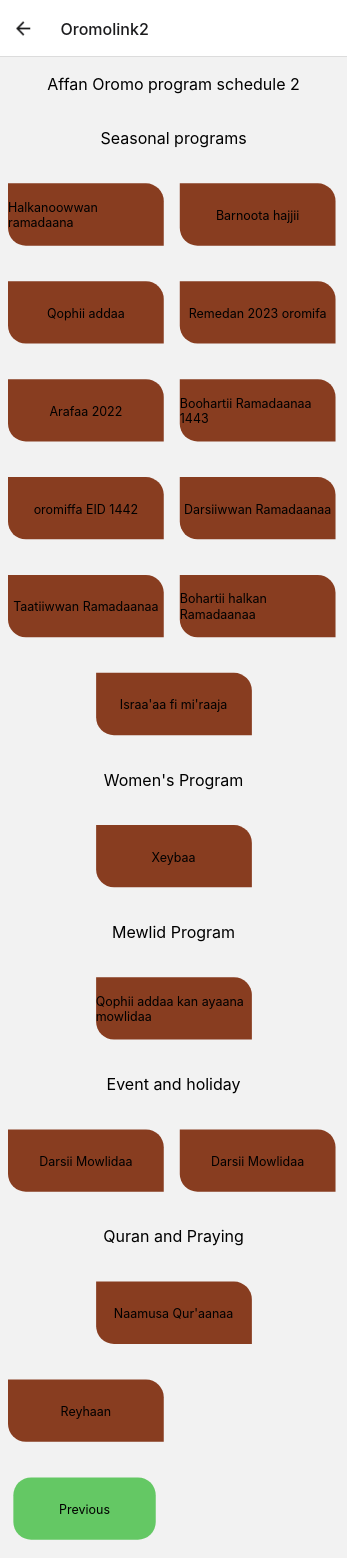
Repository: abdurehmanali611/Assunah_TV
Screen: /Oromolink2
An editor plug-in stored every save of this project. The screen is shown before and after a run of saves, followed by the edit.
The pictures are shown at 89% of full size.
The app was drawn by React Native's web renderer in a window 390 px wide. The project was rebuilt for these pictures with package versions that can differ from the ones it lists, and the page was loaded fresh each time. Also part of the build but not shown: Components/Login.js, Components/SignUp.js, Constants/Home.js, Constants/AboutUs.js, Constants/Contacts.js, Constants/AssunahFolder.js, Constants/AssunahKids.js, Constants/AdditionalExtra.js and 28 more.

Above is the screen before, as saved 2023-12-25 11:45:04.

### App.js
import { createStackNavigator } from "@react-navigation/stack";
import { NavigationContainer } from "@react-navigation/native";

import Login from "./Components/Login";
import SignUp from "./Components/SignUp";
import Home from "./Constants/Home";
import AboutUs from "./Constants/AboutUs";
import Contacts from "./Constants/Contacts";
import AssunahFolder from "./Constants/AssunahFolder";
import AssunahKids from "./Constants/AssunahKids";
import AdditionalExtra from "./Constants/AdditionalExtra";
import Qiratcenter from "./Constants/Qiratcenter";
import AmharicPrograms from './Programs/AmharicPrograms'
import ArabicPrograms from './Programs/ArabicPrograms'
import AffanOromo from './Programs/AffanOromo'
import Afar from './Programs/Afar'
import Ethio_Somali from './Programs/Ethio_Somali'
import Gumuz from './Programs/Gumuz'
import Hadere from './Programs/Hadere'
import Halaba from './Programs/Halaba'
import Tigrigna from './Programs/Tigrigna'
import LoginQirat from "./Assunah_Qirat_Center/LoginQirat";
import LoginQirat2 from "./Assunah_Qirat_Center/LoginQirat2";
import Logged from "./Assunah_Qirat_Center/Logged";
import Afarlink from "./Program_Links/Afarlink";
import AffanOromolink from "./Program_Links/AffanOromolink";
import Amhariclink from "./Program_Links/Amhariclink";
import Arabiclink from "./Program_Links/Arabiclink";
import EthioSomalilink from "./Program_Links/EthioSomalilink";
import Gumuzlink from "./Program_Links/Gumuzlink";
import Haderelink from "./Program_Links/Haderelink";
import Halabalink from "./Program_Links/Halabalink";
import Tigraylink from "./Program_Links/Tigraylink";
import Support from "./Additional/Support";
import Help from "./Additional/Help";
import Rate from "./Additional/Rate";
import Amhariclink_2 from "./Program_Links/Amhariclink_2";
import Amhariclink_3 from "./Program_Links/Amhariclink_3";
import Amhariclink_4 from "./Program_Links/Amhariclink_4";
import Amhariclink_5 from "./Program_Links/Amhariclink_5";
import AffanOromolink_2 from "./Program_Links/AffanOromolink_2";

const stack = createStackNavigator();

const App = () => {

  return (
    <NavigationContainer>
      <stack.Navigator initialRouteName="Arabiclink" >
         <stack.Screen name="Log" component={Login}/>
         <stack.Screen name="Sign" component={SignUp}/>
         <stack.Screen name="Home" component={Home}/>
         <stack.Screen name="Qirat" component={Qiratcenter}/>
         <stack.Screen name="About" component={AboutUs}/>
         <stack.Screen name="Contact" component={Contacts}/>
         <stack.Screen name="Assunah" component={AssunahFolder}/>
         <stack.Screen name="Kids" component={AssunahKids}/>
         <stack.Screen name="Extra" component={AdditionalExtra}/>
         <stack.Screen name="Amharic" component={AmharicPrograms}/>
         <stack.Screen name="Arabic" component={ArabicPrograms}/>
         <stack.Screen name="Oromo" component={AffanOromo}/>
         <stack.Screen name="Afar" component={Afar}/>
         <stack.Screen name="Somali" component={Ethio_Somali}/>
         <stack.Screen name="Gumuz" component={Gumuz}/>
         <stack.Screen name="Hadere" component={Hadere}/>
         <stack.Screen name="Halaba" component={Halaba}/>
         <stack.Screen name="Tigray" component={Tigrigna}/>
         <stack.Screen name="Login" component={LoginQirat}/>
         <stack.Screen name="Login2" component={LoginQirat2}/>
         <stack.Screen name="Logged" component={Logged}/>
         <stack.Screen name="Afarlink" component={Afarlink}/>
         <stack.Screen name="Oromolink" component={AffanOromolink}/>
         <stack.Screen name="Oromolink2" component={AffanOromolink_2}/>
         <stack.Screen name="Amhariclink" component={Amhariclink}/>
         <stack.Screen name="Amhariclink2" component={Amhariclink_2}/>
         <stack.Screen name="Amhariclink3" component={Amhariclink_3}/>
         <stack.Screen name="Amhariclink4" component={Amhariclink_4}/>
         <stack.Screen name="Amhariclink5" component={Amhariclink_5}/>
         <stack.Screen name="Arabiclink" component={Arabiclink}/>
         <stack.Screen name="EthioSomalilink" component={EthioSomalilink}/>
         <stack.Screen name="Gumuzlink" component={Gumuzlink}/>
         <stack.Screen name="Haderelink" component={Haderelink}/>
         <stack.Screen name="Halabalink" component={Halabalink}/>
         <stack.Screen name="Tigraylink" component={Tigraylink}/>
         <stack.Screen name="support" component={Support}/>
         <stack.Screen name="help" component={Help}/>
         <stack.Screen name="rate" component={Rate}/>
      </stack.Navigator>
    </NavigationContainer>

  )
};

export default App;

### Program_Links/Arabiclink.js
import React from "react";
import { Linking, TouchableOpacity } from "react-native";
import { StyleSheet } from "react-native";
import { Text } from "react-native";
import { ScrollView } from "react-native";
import { View } from "react-native";

const Arabiclink = ({navigation}) => {

    return <ScrollView>
        <View>
            <Text style = {{fontSize: 19, textAlign: 'center', marginVertical: 20}}>Arabic program schedules</Text>
            <View>
                <Text style = {{fontSize: 19, textAlign: 'center', marginVertical: 20}}>Education</Text>
                <View style = {{display: 'flex', flexDirection: 'row'}}>
                    <TouchableOpacity
                    onPress={() => Linking.openURL('https://www.youtube.com/watch?v=wwrE4c35KCw&list=PLZaq281_mc41jHGAS6xVizSDBtxUEex4w&pp=iAQB')}
                    style = {styles.arabictouch}
                    >
                        <Text>nefaisul muhadera</Text>
                    </TouchableOpacity>
                    <TouchableOpacity
                    onPress={() => Linking.openURL('https://www.youtube.com/watch?v=B_a8F6-2AlI&list=PLZaq281_mc40Sw8Axrq3sesMrpl56hku8&pp=iAQB')}
                    style = {styles.arabictouch}
                    >
                        <Text>idahul meram</Text>
                    </TouchableOpacity>
                </View>
                <View style = {{display: 'flex', flexDirection: 'row'}}>
                    <TouchableOpacity
                    onPress={() => Linking.openURL('https://www.youtube.com/watch?v=GRt5Um3qquw&list=PLZaq281_mc42bRinnXHXSk_bedyyT9PK3&pp=iAQB')}
                    style = {styles.arabictouch}
                    >
                        <Text>al arbeune annewewiyah</Text>
                    </TouchableOpacity>
                    <TouchableOpacity
                    onPress={() => Linking.openURL('https://www.youtube.com/watch?v=FXLMJof53DY&list=PLZaq281_mc43y3T7NP9Q2dZYDFX58Yf-v&pp=iAQB')}
                    style = {styles.arabictouch}
                    >
                        <Text>al burhanul muayed</Text>
                    </TouchableOpacity>
                </View>
                <View style = {{alignItems: 'center'}}>
                    <TouchableOpacity
                    onPress={() => Linking.openURL('https://www.youtube.com/watch?v=YJot9l6jVXo&list=PLZaq281_mc41dQzAuywvX016Tb7Vmct2k&pp=iAQB')}
                    style = {styles.arabictouch}
                    >
                        <Text>nuzhatu attalibin</Text>
                    </TouchableOpacity>
                </View>
            </View>
            <View>
                <Text style = {{fontSize: 19, textAlign: 'center', marginVertical: 20}}>Timely Educations</Text>
                <View style = {{display: 'flex', flexDirection: 'row'}}>
                    <TouchableOpacity
                    onPress={() => Linking.openURL('https://www.youtube.com/watch?v=1FA6FvTgz3A&list=PLZaq281_mc42sotOmsQvvGi46o7zL-WkX&pp=iAQB')}
                    style = {styles.arabictouch}
                    >
                        <Text>nefehatul imaniyah</Text>
                    </TouchableOpacity>
                    <TouchableOpacity
                    onPress={() => Linking.openURL('https://www.youtube.com/watch?v=EEj6cACcXCU&list=PLZaq281_mc40kkMJb5N6C5Ie-rccAqn83&pp=iAQB')}
                    style = {styles.arabictouch}
                    >
                        <Text>Durus we muhaderat</Text>
                    </TouchableOpacity>
                </View>
                <View style = {{alignItems: 'center'}}>
                    <TouchableOpacity
                    onPress={() => Linking.openURL('https://www.youtube.com/watch?v=LcLmztuP1bM&list=PLZaq281_mc425D55WMKcv7PnXeKzDfSMY&pp=iAQB')}
                    style = {styles.arabictouch}
                    >
                        <Text>sheikh walid assemamiah</Text>
                    </TouchableOpacity>
                </View>
            </View>
            <View style = {{display: 'flex'}}>
                    <TouchableOpacity
                    onPress={() => navigation.navigate('Arabic')}
                    style = {styles.arabicnext}
                    >
                        <Text>Previous</Text>
                    </TouchableOpacity>
                </View>
        </View>
    </ScrollView>

}

const randomRGB = () => {

    const red = Math.floor(Math.random() * 256)
    const green = Math.floor(Math.random() * 256)
    const blue = Math.floor(Math.random() * 256)

    return `rgb(${red},${green},${blue})`
}

const styles = StyleSheet.create ({
    arabictouch: {
        marginVertical: 20,
        backgroundColor: randomRGB(),
        width: 175,
        height: 70,
        alignItems: 'center',
        justifyContent: 'center',
        borderTopRightRadius: 30,
        borderBottomLeftRadius: 30,
        marginHorizontal: 8
    },
    arabicnext: {
        marginVertical: 20,
        backgroundColor: `rgb(250,100,100)`,
        width: 175,
        height: 70,
        alignItems: 'center',
        justifyContent: 'center',
        borderTopLeftRadius: 30,
        borderBottomLeftRadius: 30,
        marginHorizontal: 15
    }
})
export default Arabiclink

### Program_Links/AffanOromolink_2.js
import React from "react";
import { Linking, TouchableOpacity } from "react-native";
import { StyleSheet } from "react-native";
import { Text } from "react-native";
import { View } from "react-native";
import { ScrollView } from "react-native";

const AffanOromolink_2 = ({navigation}) => {

    return <ScrollView>
        <View>
        <Text style = {{fontSize: 18, textAlign: 'center', marginVertical: 20}}>Affan Oromo program schedule 2</Text>
            <View>
                <Text style = {{fontSize: 18, textAlign: 'center', marginVertical: 20}}>Seasonal programs</Text>
                <View style = {{display: 'flex', flexDirection: 'row'}}>
                     <TouchableOpacity
                     style = {styles.seasontouch}
                     onPress={() => Linking.openURL('https://www.youtube.com/watch?v=CB2NhV5s1O8&list=PLZaq281_mc42UNgJMpXBTszlYPfxX1o8w&pp=iAQB')}
                     >
                        <Text>Halkanoowwan ramadaana</Text>
                     </TouchableOpacity>
                     <TouchableOpacity
                     style = {styles.seasontouch}
                     onPress={() => Linking.openURL('https://www.youtube.com/watch?v=3lIRjhdCKY8&list=PLZaq281_mc40q4ZP95ol8zbriSoW5UMF-&pp=iAQB')}
                     >
                        <Text>Barnoota hajjii</Text>
                     </TouchableOpacity>
                </View>
                <View style = {{display: 'flex', flexDirection: 'row'}}>
                     <TouchableOpacity
                     style = {styles.seasontouch}
                     onPress={() => Linking.openURL('https://www.youtube.com/watch?v=2Kzc9J1Vzj0&list=PLZaq281_mc413B5zTOTqItqii-_MhZgp2&pp=iAQB')}
                     >
                        <Text>Qophii addaa</Text>
                     </TouchableOpacity>
                     <TouchableOpacity
                     style = {styles.seasontouch}
                     onPress={() => Linking.openURL('https://www.youtube.com/watch?v=x9PVoxC-uyw&list=PLZaq281_mc43zXUr7e0WDtw0jkxe7PMrt&pp=iAQB')}
                     >
                        <Text>Remedan 2023 oromifa</Text>
                     </TouchableOpacity>
                </View>
                <View style = {{display: 'flex', flexDirection: 'row'}}>
                     <TouchableOpacity
                     style = {styles.seasontouch}
                     onPress={() => Linking.openURL('https://www.youtube.com/watch?v=jNuQGte7IHU&list=PLZaq281_mc423tBq1rqGx_ku67GH53KkP&pp=iAQB')}
                     >
                        <Text>Arafaa 2022</Text>
                     </TouchableOpacity>
                     <TouchableOpacity
                     style = {styles.seasontouch}
                     onPress={() => Linking.openURL('https://www.youtube.com/watch?v=m2XTZAh96R4&list=PLZaq281_mc43A0ZA77fRur7RzzZdf_wEM&pp=iAQB')}
                     >
                        <Text>Boohartii Ramadaanaa 1443</Text>
                     </TouchableOpacity>
                </View>
                <View style = {{display: 'flex', flexDirection: 'row'}}>
                     <TouchableOpacity
                     style = {styles.seasontouch}
                     onPress={() => Linking.openURL('https://www.youtube.com/watch?v=w774mcw7IIY&list=PLZaq281_mc42it_yaJsndZTqgNC_b1mD9&pp=iAQB')}
                     >
                        <Text>oromiffa EID 1442</Text>
                     </TouchableOpacity>
                     <TouchableOpacity
                     style = {styles.seasontouch}
                     onPress={() => Linking.openURL('https://www.youtube.com/watch?v=qlilOl6D2yY&list=PLZaq281_mc41CV0U1h8Wd0uiJsWRnwsKR&pp=iAQB')}
                     >
                        <Text>Darsiiwwan Ramadaanaa</Text>
                     </TouchableOpacity>
                </View>
                <View style = {{display: 'flex', flexDirection: 'row'}}>
                     <TouchableOpacity
                     style = {styles.seasontouch}
                     onPress={() => Linking.openURL('https://www.youtube.com/watch?v=pyEBaljlIMQ&list=PLZaq281_mc42OxdBiN5k6v5_ieSfPPLW5&pp=iAQB')}
                     >
                        <Text>Taatiiwwan Ramadaanaa</Text>
                     </TouchableOpacity>
                     <TouchableOpacity
                     style = {styles.seasontouch}
                     onPress={() => Linking.openURL('https://www.youtube.com/watch?v=0prVpslPWRY&list=PLZaq281_mc41Z5-FFovVbKAdS6WPPaUge&pp=iAQB')}
                     >
                        <Text>Bohartii halkan Ramadaanaa</Text>
                     </TouchableOpacity>
                </View>
                <View style = {{alignItems: 'center'}}>
                     <TouchableOpacity
                     style = {styles.seasontouch}
                     onPress={() => Linking.openURL('https://www.youtube.com/watch?v=Oxru4nqPMVg&list=PLZaq281_mc43cbUBEj22-crK1WqDSBd_c&pp=iAQB')}
                     >
                        <Text>Israa'aa fi mi'raaja</Text>
                     </TouchableOpacity>
                </View>
            </View>
            <View>
                <Text style = {{fontSize: 18, textAlign: 'center', marginVertical: 20}}>Women's Program</Text>
                <View style = {{alignItems: 'center'}}>
                     <TouchableOpacity
                     style = {styles.seasontouch}
                     onPress={() => Linking.openURL('https://www.youtube.com/watch?v=U7mReWDj0Y4&list=PLZaq281_mc41-VAtWGdenRno53-xrRTEX&pp=iAQB')}
                     >
                        <Text>Xeybaa</Text>
                     </TouchableOpacity>
                </View>
            </View>
            <View>
                <Text style = {{fontSize: 18, textAlign: 'center', marginVertical: 20}}>Mewlid Program</Text>
                <View style = {{alignItems: 'center'}}>
                     <TouchableOpacity
                     style = {styles.seasontouch}
                     onPress={() => Linking.openURL('https://www.youtube.com/watch?v=cj25t80UjYo&list=PLZaq281_mc41ZmqMAfk5R1rWj7qUcg6PZ&pp=iAQB')}
                     >
                        <Text>Qophii addaa kan ayaana mowlidaa</Text>
                     </TouchableOpacity>
                </View>
            </View>
            <View>
                <Text style = {{fontSize: 18, textAlign: 'center', marginVertical: 20}}>Event and holiday</Text>
                <View style = {{display: 'flex', flexDirection: 'row'}}>
                     <TouchableOpacity
                     style = {styles.seasontouch}
                     onPress={() => Linking.openURL('https://www.youtube.com/watch?v=Fn7xnSQmpdw&list=PLZaq281_mc42rZVq7mTLb0UchSPgydtEH&pp=iAQB')}
                     >
                        <Text>Darsii Mowlidaa</Text>
                     </TouchableOpacity>
                     <TouchableOpacity
                     style = {styles.seasontouch}
                     onPress={() => Linking.openURL('https://www.youtube.com/watch?v=JGYiuu8bTdM&list=PLZaq281_mc413h2bCzuOHWEx7ZFNpG-8Q&pp=iAQB')}
                     >
                        <Text>Darsii Mowlidaa</Text>
                     </TouchableOpacity>
                </View>
            </View>
            <View>
                <Text style = {{fontSize: 18, textAlign: 'center', marginVertical: 20}}>Quran and Praying</Text>
                <View style = {{alignItems: 'center'}}>
                     <TouchableOpacity
                     style = {styles.seasontouch}
                     onPress={() => Linking.openURL('https://www.youtube.com/watch?v=t8VMlaIWrpI&list=PLZaq281_mc42gqCviXm8-trxCH1M8hIIi&pp=iAQB')}
                     >
                        <Text>Naamusa Qur'aanaa</Text>
                     </TouchableOpacity>
                </View>
                <View style = {{}}>
                    <TouchableOpacity
                    style = {styles.seasontouch}
                    onPress={() => Linking.openURL('https://www.youtube.com/watch?v=pYFTBMMBdvA&list=PLZaq281_mc41kqVX9iS44oCtkCiimSF0c&pp=iAQB')}
                    >
                        <Text>Reyhaan</Text>
                    </TouchableOpacity>
                </View>
            </View>
            <View style = {{display: 'flex', flexDirection: 'row'}}>
                    <TouchableOpacity
                    style = {styles.touch}
                    onPress={() => navigation.navigate('Oromolink')}
                    >
                        <Text>Previous</Text>
                    </TouchableOpacity>
                </View>
        </View>
    </ScrollView>

}

const randomRGB = () => {

   const red = Math.floor(Math.random() * 256)
   const green = Math.floor(Math.random() * 256)
   const blue = Math.floor(Math.random() * 256)

   return `rgb(${red},${green},${blue})`
}

const styles = StyleSheet.create ({
    seasontouch: {
        marginVertical: 20,
        backgroundColor: randomRGB(),
        width: 175,
        height: 70,
        alignItems: 'center',
        justifyContent: 'center',
        borderBottomLeftRadius: 20,
        borderTopRightRadius: 20,
        marginHorizontal: 9
    },
    touch: {
        marginVertical: 20,
        width: 160,
        height: 70,
        backgroundColor: `rgb(100,200,100)`,
        borderRadius: 20,
        marginHorizontal: 15,
        alignItems: 'center',
        justifyContent: 'center'
    }
})

export default AffanOromolink_2

After the next 2 saves:
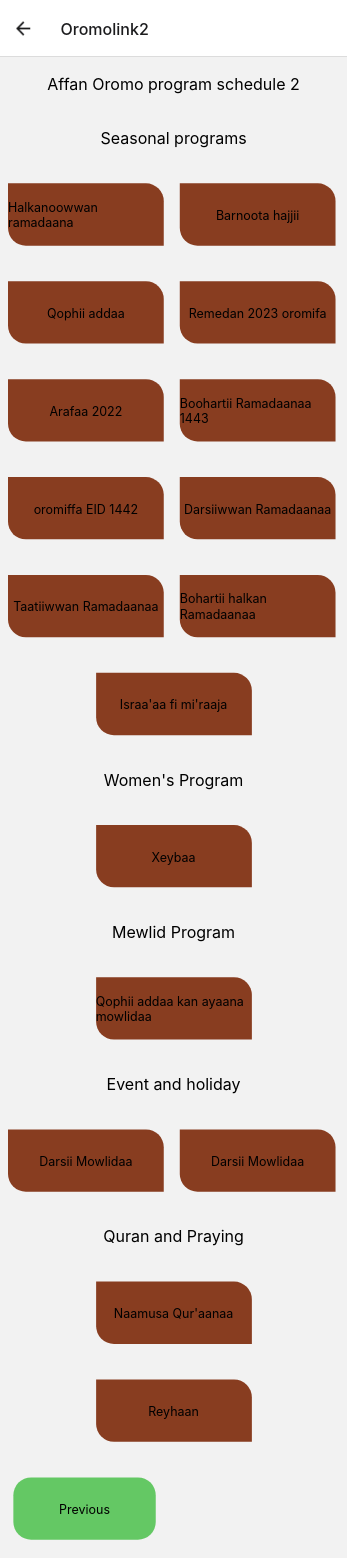
The 2 saves are shown as one change because they came seconds apart.
The last was saved 9 s later.
--- a/Program_Links/AffanOromolink_2.js
+++ b/Program_Links/AffanOromolink_2.js
@@ -140,7 +140,7 @@ const AffanOromolink_2 = ({navigation}) => {
                         <Text>Naamusa Qur'aanaa</Text>
                      </TouchableOpacity>
                 </View>
-                <View style = {{}}>
+                <View style = {{alignItems: 'center'}}>
                     <TouchableOpacity
                     style = {styles.seasontouch}
                     onPress={() => Linking.openURL('https://www.youtube.com/watch?v=pYFTBMMBdvA&list=PLZaq281_mc41kqVX9iS44oCtkCiimSF0c&pp=iAQB')}
